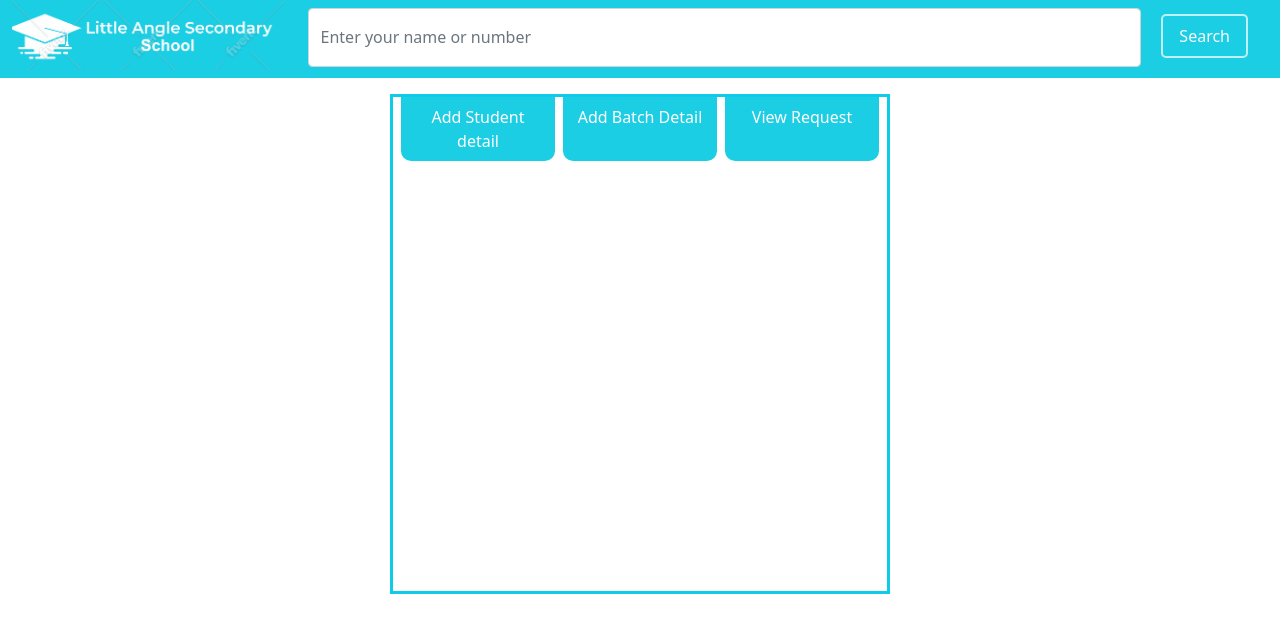
Repository: Sjuicyy/School-Project
Page: home2.html
An editor plug-in stored every save of this project. The page is shown before and after the next save, followed by the edit.
The browser window is 1280 px wide. The pictures show the whole page.

Above is the page before, as saved 2022-09-18 09:24:38.

After the next save:
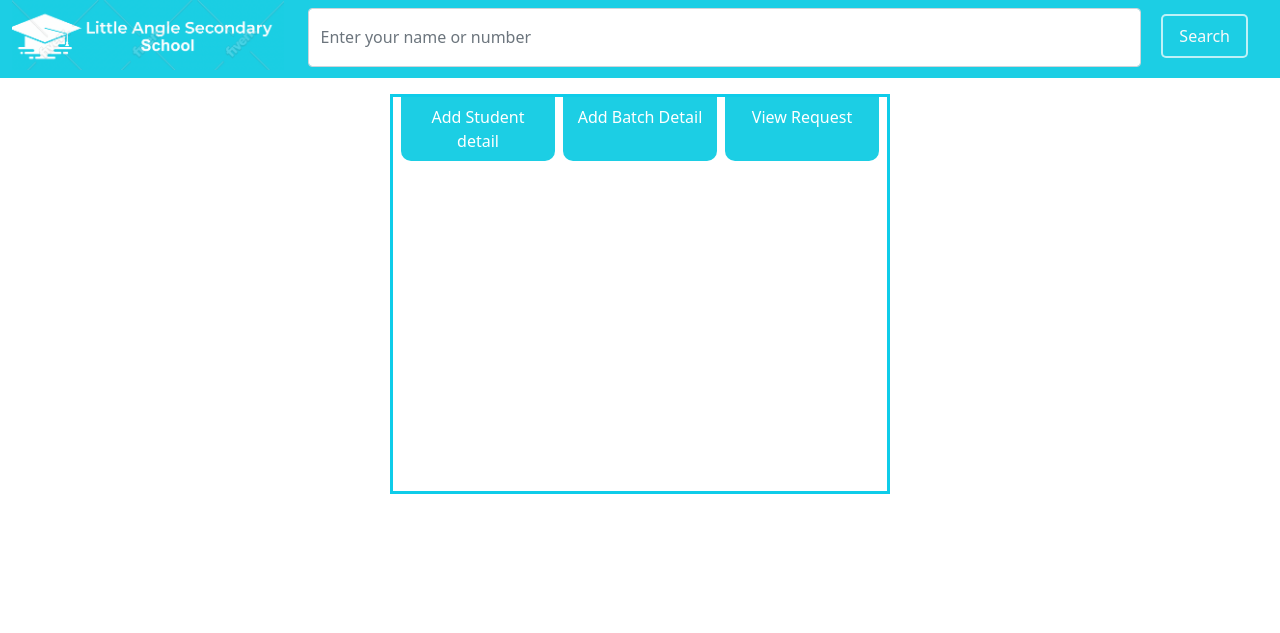
Saved 12 s later.
--- a/home2.html
+++ b/home2.html
@@ -59,7 +59,7 @@
             border: 3px solid rgb(14, 204, 233);
             margin: auto;
             width: 500px;
-            min-height: 500px;
+            min-height: 400px;
         }
 
         .addbtn:hover {
